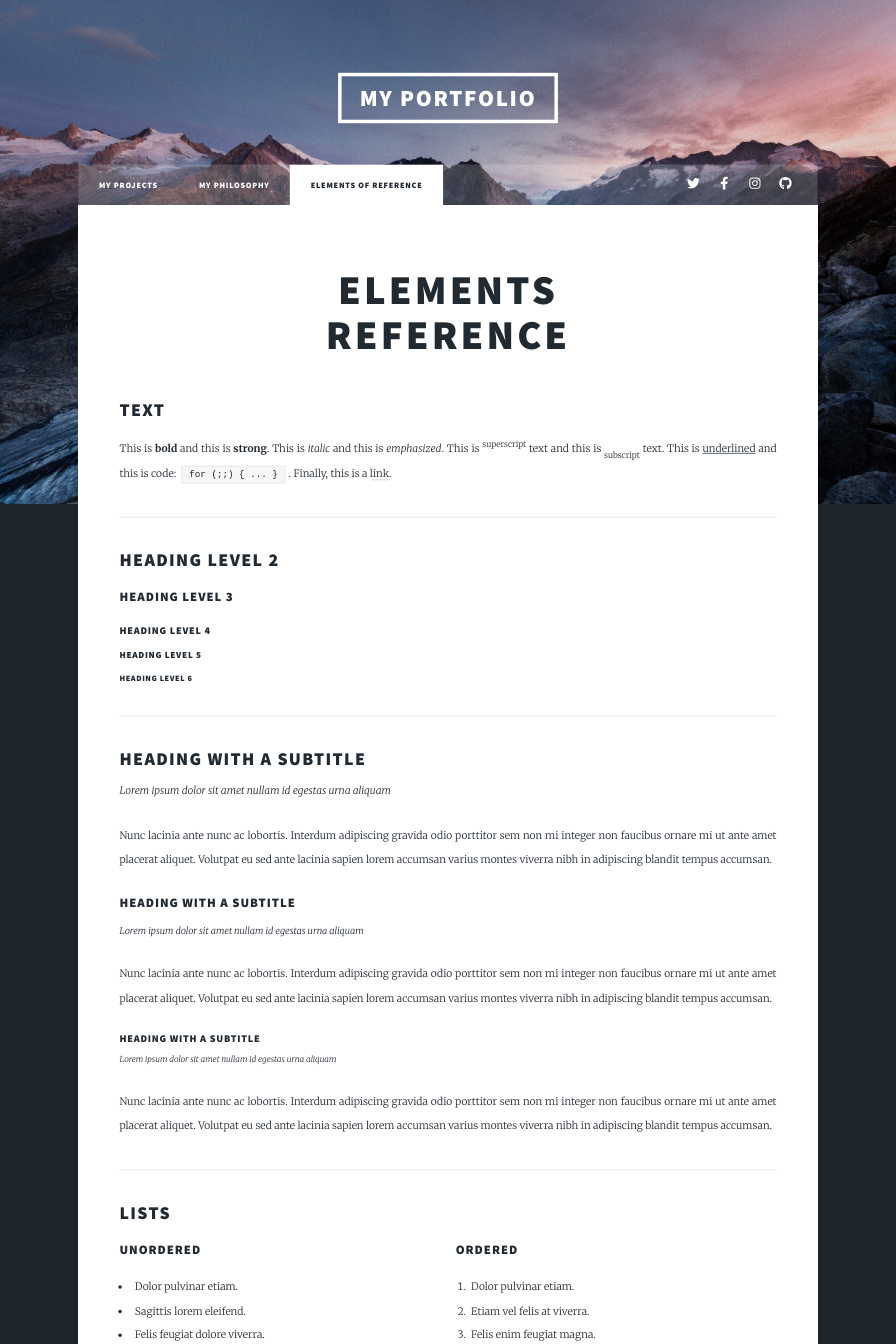
Repository: enlilsudo/Orlando-Portfolio
Page: elements.html
An editor plug-in stored every save of this project. The page is shown before and after the next save, followed by the edit.
The browser window is 1280 px wide. The pictures show the part of the page from y = 0 to 1920 px (the page is 9492 px tall), at 70% of full size.

Above is the page before, as saved 2023-02-02 11:17:15.

### elements.html
<!DOCTYPE HTML>
<!--
	Massively by HTML5 UP
	html5up.net | @ajlkn
	Free for personal and commercial use under the CCA 3.0 license (html5up.net/license)
-->
<html>
	<head>
		<title>Elements Reference - Massively by HTML5 UP</title>
		<meta charset="utf-8" />
		<meta name="viewport" content="width=device-width, initial-scale=1, user-scalable=no" />
		<link rel="stylesheet" href="assets/css/main.css" />
		<noscript><link rel="stylesheet" href="assets/css/noscript.css" /></noscript>
	</head>
	<body class="is-preload">

		<!-- Wrapper -->
			<div id="wrapper">

				<!-- Header -->
					<header id="header">
						<a href="index.html" class="logo">My Portfolio</a>
					</header>

				<!-- Nav -->
					<nav id="nav">
						<ul class="links">
							<li><a href="index.html">My Projects</a></li>
							<li><a href="generic.html">My Philosophy</a></li>
							<li class="active"><a href="elements.html">Elements of Reference</a></li>
						</ul>
						<ul class="icons">
							<li><a href="#" class="icon brands fa-twitter"><span class="label">Twitter</span></a></li>
							<li><a href="#" class="icon brands fa-facebook-f"><span class="label">Facebook</span></a></li>
							<li><a href="#" class="icon brands fa-instagram"><span class="label">Instagram</span></a></li>
							<li><a href="#" class="icon brands fa-github"><span class="label">GitHub</span></a></li>
						</ul>
					</nav>

				<!-- Main -->
					<div id="main">

						<!-- Post -->
							<section class="post">
								<header class="major">
									<h1>Elements<br />
									Reference</h1>
								</header>

								<!-- Text stuff -->
									<h2>Text</h2>
									<p>This is <b>bold</b> and this is <strong>strong</strong>. This is <i>italic</i> and this is <em>emphasized</em>.
									This is <sup>superscript</sup> text and this is <sub>subscript</sub> text.
									This is <u>underlined</u> and this is code: <code>for (;;) { ... }</code>.
									Finally, this is a <a href="#">link</a>.</p>
									<hr />
									<h2>Heading Level 2</h2>
									<h3>Heading Level 3</h3>
									<h4>Heading Level 4</h4>
									<h5>Heading Level 5</h5>
									<h6>Heading Level 6</h6>
									<hr />
									<header>
										<h2>Heading with a Subtitle</h2>
										<p>Lorem ipsum dolor sit amet nullam id egestas urna aliquam</p>
									</header>
									<p>Nunc lacinia ante nunc ac lobortis. Interdum adipiscing gravida odio porttitor sem non mi integer non faucibus ornare mi ut ante amet placerat aliquet. Volutpat eu sed ante lacinia sapien lorem accumsan varius montes viverra nibh in adipiscing blandit tempus accumsan.</p>
									<header>
										<h3>Heading with a Subtitle</h3>
										<p>Lorem ipsum dolor sit amet nullam id egestas urna aliquam</p>
									</header>
									<p>Nunc lacinia ante nunc ac lobortis. Interdum adipiscing gravida odio porttitor sem non mi integer non faucibus ornare mi ut ante amet placerat aliquet. Volutpat eu sed ante lacinia sapien lorem accumsan varius montes viverra nibh in adipiscing blandit tempus accumsan.</p>
									<header>
										<h4>Heading with a Subtitle</h4>
										<p>Lorem ipsum dolor sit amet nullam id egestas urna aliquam</p>
									</header>
									<p>Nunc lacinia ante nunc ac lobortis. Interdum adipiscing gravida odio porttitor sem non mi integer non faucibus ornare mi ut ante amet placerat aliquet. Volutpat eu sed ante lacinia sapien lorem accumsan varius montes viverra nibh in adipiscing blandit tempus accumsan.</p>

									<hr />

								<!-- Lists -->
									<h2>Lists</h2>
									<div class="row">
										<div class="col-6 col-12-small">

											<h3>Unordered</h3>
											<ul>
												<li>Dolor pulvinar etiam.</li>
												<li>Sagittis lorem eleifend.</li>
												<li>Felis feugiat dolore viverra.</li>
												<li>Dolor pulvinar etiam.</li>
											</ul>

											<h3>Alternate</h3>
											<ul class="alt">
												<li>Dolor pulvinar etiam etiam.</li>
												<li>Sagittis adipiscing eleifend.</li>
												<li>Felis enim dolore viverra.</li>
												<li>Dolor pulvinar etiam etiam.</li>
											</ul>

										</div>
										<div class="col-6 col-12-small">

											<h3>Ordered</h3>
											<ol>
												<li>Dolor pulvinar etiam.</li>
												<li>Etiam vel felis at viverra.</li>
												<li>Felis enim feugiat magna.</li>
												<li>Etiam vel felis nullam.</li>
												<li>Felis enim et tempus.</li>
											</ol>

											<h3>Icons</h3>
											<ul class="icons">
												<li><a href="#" class="icon brands fa-twitter"><span class="label">Twitter</span></a></li>
												<li><a href="#" class="icon brands fa-facebook-f"><span class="label">Facebook</span></a></li>
												<li><a href="#" class="icon brands fa-instagram"><span class="label">Instagram</span></a></li>
												<li><a href="#" class="icon brands fa-github"><span class="label">Github</span></a></li>
												<li><a href="#" class="icon brands fa-dribbble"><span class="label">Dribbble</span></a></li>
											</ul>
											<ul class="icons alt">
												<li><a href="#" class="icon brands alt fa-twitter"><span class="label">Twitter</span></a></li>
												<li><a href="#" class="icon brands alt fa-facebook-f"><span class="label">Facebook</span></a></li>
												<li><a href="#" class="icon brands alt fa-instagram"><span class="label">Instagram</span></a></li>
												<li><a href="#" class="icon brands alt fa-github"><span class="label">Github</span></a></li>
												<li><a href="#" class="icon brands alt fa-dribbble"><span class="label">Dribbble</span></a></li>
											</ul>

										</div>
									</div>
									<h3>Definition</h3>
									<dl>
										<dt>Item 1</dt>
										<dd>
											<p>Lorem ipsum dolor vestibulum ante ipsum primis in faucibus vestibulum. Blandit adipiscing eu felis iaculis volutpat ac adipiscing accumsan eu faucibus. Integer ac pellentesque praesent.</p>
										</dd>
										<dt>Item 2</dt>
										<dd>
											<p>Lorem ipsum dolor vestibulum ante ipsum primis in faucibus vestibulum. Blandit adipiscing eu felis iaculis volutpat ac adipiscing accumsan eu faucibus. Integer ac pellentesque praesent.</p>
										</dd>
										<dt>Item 3</dt>
										<dd>
											<p>Lorem ipsum dolor vestibulum ante ipsum primis in faucibus vestibulum. Blandit adipiscing eu felis iaculis volutpat ac adipiscing accumsan eu faucibus. Integer ac pellentesque praesent.</p>
										</dd>
									</dl>

									<h3>Actions</h3>
									<ul class="actions">
										<li><a href="#" class="button primary">Primary</a></li>
										<li><a href="#" class="button">Default</a></li>
									</ul>
									<ul class="actions small">
										<li><a href="#" class="button primary small">Small</a></li>
										<li><a href="#" class="button small">Small</a></li>
									</ul>
									<div class="row">
										<div class="col-6 col-12-small">
											<ul class="actions stacked">
												<li><a href="#" class="button primary">Default</a></li>
												<li><a href="#" class="button">Default</a></li>
											</ul>
										</div>
										<div class="col-6 col-12-small">
											<ul class="actions stacked">
												<li><a href="#" class="button primary small">Small</a></li>
												<li><a href="#" class="button small">Small</a></li>
											</ul>
										</div>
									</div>
									<div class="row">
										<div class="col-6 col-12-small">
											<ul class="actions stacked">
												<li><a href="#" class="button primary fit">Default</a></li>
												<li><a href="#" class="button fit">Default</a></li>
											</ul>
										</div>
										<div class="col-6 col-12-small">
											<ul class="actions stacked">
												<li><a href="#" class="button primary small fit">Small</a></li>
												<li><a href="#" class="button small fit">Small</a></li>
											</ul>
										</div>
									</div>

									<hr />

								<!-- Blockquote -->
									<h2>Blockquote</h2>
									<blockquote>Fringilla nisl. Donec accumsan interdum nisi, quis tincidunt felis sagittis eget tempus euismod. Vestibulum ante ipsum primis in faucibus vestibulum. Blandit adipiscing eu felis iaculis volutpat ac adipiscing accumsan faucibus. Vestibulum ante ipsum primis in faucibus vestibulum. Blandit adipiscing eu felis.</blockquote>

									<hr />

								<!-- Table -->
									<h2>Table</h2>

									<h3>Default</h3>
									<div class="table-wrapper">
										<table>
											<thead>
												<tr>
													<th>Name</th>
													<th>Description</th>
													<th>Price</th>
												</tr>
											</thead>
											<tbody>
												<tr>
													<td>Item 1</td>
													<td>Ante turpis integer aliquet porttitor.</td>
													<td>29.99</td>
												</tr>
												<tr>
													<td>Item 2</td>
													<td>Vis ac commodo adipiscing arcu aliquet.</td>
													<td>19.99</td>
												</tr>
												<tr>
													<td>Item 3</td>
													<td> Morbi faucibus arcu accumsan lorem.</td>
													<td>29.99</td>
												</tr>
												<tr>
													<td>Item 4</td>
													<td>Vitae integer tempus condimentum.</td>
													<td>19.99</td>
												</tr>
												<tr>
													<td>Item 5</td>
													<td>Ante turpis integer aliquet porttitor.</td>
													<td>29.99</td>
												</tr>
											</tbody>
											<tfoot>
												<tr>
													<td colspan="2"></td>
													<td>100.00</td>
												</tr>
											</tfoot>
										</table>
									</div>

									<h3>Alternate</h3>
									<div class="table-wrapper">
										<table class="alt">
											<thead>
												<tr>
													<th>Name</th>
													<th>Description</th>
													<th>Price</th>
												</tr>
											</thead>
											<tbody>
												<tr>
													<td>Item 1</td>
													<td>Ante turpis integer aliquet porttitor.</td>
													<td>29.99</td>
												</tr>
												<tr>
													<td>Item 2</td>
													<td>Vis ac commodo adipiscing arcu aliquet.</td>
													<td>19.99</td>
												</tr>
												<tr>
													<td>Item 3</td>
													<td> Morbi faucibus arcu accumsan lorem.</td>
													<td>29.99</td>
												</tr>
												<tr>
													<td>Item 4</td>
													<td>Vitae integer tempus condimentum.</td>
													<td>19.99</td>
												</tr>
												<tr>
													<td>Item 5</td>
													<td>Ante turpis integer aliquet porttitor.</td>
													<td>29.99</td>
												</tr>
											</tbody>
											<tfoot>
												<tr>
													<td colspan="2"></td>
													<td>100.00</td>
												</tr>
											</tfoot>
										</table>
									</div>

									<hr />

								<!-- Buttons -->
									<h2>Buttons</h2>
									<ul class="actions">
										<li><a href="#" class="button primary">Primary</a></li>
										<li><a href="#" class="button">Default</a></li>
									</ul>
									<ul class="actions">
										<li><a href="#" class="button primary large">Large</a></li>
										<li><a href="#" class="button">Default</a></li>
										<li><a href="#" class="button small">Small</a></li>
									</ul>
									<ul class="actions fit">
										<li><a href="#" class="button primary fit">Fit</a></li>
										<li><a href="#" class="button fit">Fit</a></li>
									</ul>
									<ul class="actions fit small">
										<li><a href="#" class="button primary fit small">Fit + Small</a></li>
										<li><a href="#" class="button fit small">Fit + Small</a></li>
									</ul>
									<ul class="actions">
										<li><a href="#" class="button primary icon solid fa-search">Icon</a></li>
										<li><a href="#" class="button icon solid fa-download">Icon</a></li>
									</ul>
									<ul class="actions">
										<li><span class="button primary disabled">Primary</span></li>
										<li><span class="button disabled">Default</span></li>
									</ul>

									<hr />

								<!-- Form -->
									<h2>Form</h2>

									<form method="post" action="#">
										<div class="row gtr-uniform">
											<div class="col-6 col-12-xsmall">
												<input type="text" name="demo-name" id="demo-name" value="" placeholder="Name" />
											</div>
											<div class="col-6 col-12-xsmall">
												<input type="email" name="demo-email" id="demo-email" value="" placeholder="Email" />
											</div>
											<!-- Break -->
											<div class="col-12">
												<select name="demo-category" id="demo-category">
													<option value="">- Category -</option>
													<option value="1">Manufacturing</option>
													<option value="1">Shipping</option>
													<option value="1">Administration</option>
													<option value="1">Human Resources</option>
												</select>
											</div>
											<!-- Break -->
											<div class="col-4 col-12-small">
												<input type="radio" id="demo-priority-low" name="demo-priority" checked>
												<label for="demo-priority-low">Low</label>
											</div>
											<div class="col-4 col-12-small">
												<input type="radio" id="demo-priority-normal" name="demo-priority">
												<label for="demo-priority-normal">Normal</label>
											</div>
											<div class="col-4 col-12-small">
												<input type="radio" id="demo-priority-high" name="demo-priority">
												<label for="demo-priority-high">High</label>
											</div>
											<!-- Break -->
											<div class="col-6 col-12-small">
												<input type="checkbox" id="demo-copy" name="demo-copy">
												<label for="demo-copy">Email me a copy</label>
											</div>
											<div class="col-6 col-12-small">
												<input type="checkbox" id="demo-human" name="demo-human" checked>
												<label for="demo-human">I am a human</label>
											</div>
											<!-- Break -->
											<div class="col-12">
												<textarea name="demo-message" id="demo-message" placeholder="Enter your message" rows="6"></textarea>
											</div>
											<!-- Break -->
											<div class="col-12">
												<ul class="actions">
													<li><input type="submit" value="Send Message" class="primary" /></li>
													<li><input type="reset" value="Reset" /></li>
												</ul>
											</div>
										</div>
									</form>

									<hr />

								<!-- Image -->
									<h2>Image</h2>

									<h3>Fit</h3>
									<span class="image fit"><img src="images/pic01.jpg" alt="" /></span>
									<div class="box alt">
										<div class="row gtr-50 gtr-uniform">
											<div class="col-4"><span class="image fit"><img src="images/pic02.jpg" alt="" /></span></div>
											<div class="col-4"><span class="image fit"><img src="images/pic03.jpg" alt="" /></span></div>
											<div class="col-4"><span class="image fit"><img src="images/pic04.jpg" alt="" /></span></div>
											<!-- Break -->
											<div class="col-4"><span class="image fit"><img src="images/pic04.jpg" alt="" /></span></div>
											<div class="col-4"><span class="image fit"><img src="images/pic02.jpg" alt="" /></span></div>
											<div class="col-4"><span class="image fit"><img src="images/pic03.jpg" alt="" /></span></div>
											<!-- Break -->
											<div class="col-4"><span class="image fit"><img src="images/pic03.jpg" alt="" /></span></div>
											<div class="col-4"><span class="image fit"><img src="images/pic04.jpg" alt="" /></span></div>
											<div class="col-4"><span class="image fit"><img src="images/pic02.jpg" alt="" /></span></div>
										</div>
									</div>

									<h3>Left &amp; Right</h3>
									<p><span class="image left"><img src="images/pic08.jpg" alt="" /></span>Lorem ipsum dolor sit accumsan interdum nisi, quis tincidunt felis sagittis eget. tempus euismod. Vestibulum ante ipsum primis in faucibus vestibulum. Blandit adipiscing eu felis iaculis volutpat ac adipiscing accumsan eu faucibus. Integer ac pellentesque praesent tincidunt felis sagittis eget. tempus euismod. Vestibulum ante ipsum primis sagittis eget. tempus euismod. Vestibulum ante ipsum primis in faucibus vestibulum. Blandit adipiscing eu felis iaculis volutpat ac adipiscing accumsan eu faucibus. Integer ac pellentesque praesent tincidunt felis sagittis eget. tempus euismod. Vestibulum ante ipsum primis in faucibus vestibulum. Blandit adipiscing eu felis iaculis volutpat ac adipiscing accumsan eu faucibus. Integer ac pellentesque praesent. Vestibulum ante ipsum primis in faucibus magna blandit adipiscing eu felis iaculis.</p>
									<p><span class="image right"><img src="images/pic09.jpg" alt="" /></span>Lorem ipsum dolor sit accumsan interdum nisi, quis tincidunt felis sagittis eget. tempus euismod. Vestibulum ante ipsum primis in faucibus vestibulum. Blandit adipiscing eu felis iaculis volutpat ac adipiscing accumsan eu faucibus. Integer ac pellentesque praesent tincidunt felis sagittis eget. tempus euismod. Vestibulum ante ipsum primis sagittis eget. tempus euismod. Vestibulum ante ipsum primis in faucibus vestibulum. Blandit adipiscing eu felis iaculis volutpat ac adipiscing accumsan eu faucibus. Integer ac pellentesque praesent tincidunt felis sagittis eget. tempus euismod. Vestibulum ante ipsum primis in faucibus vestibulum. Blandit adipiscing eu felis iaculis volutpat ac adipiscing accumsan eu faucibus. Integer ac pellentesque praesent. Vestibulum ante ipsum primis in faucibus magna blandit adipiscing eu felis iaculis.</p>

									<hr />

								<!-- Box -->
									<h2>Box</h2>
									<div class="box">
										<p>Felis sagittis eget tempus primis in faucibus vestibulum. Blandit adipiscing eu felis iaculis volutpat ac adipiscing accumsan eu faucibus. Integer ac pellentesque praesent tincidunt felis sagittis eget. tempus euismod. Magna sed etiam ante ipsum primis in faucibus vestibulum. Blandit adipiscing eu ipsum primis in faucibus vestibulum. Blandit adipiscing eu felis iaculis volutpat ac adipiscing accumsan eu faucibus lorem ipsum dolor sit amet nullam. Integer ac pellentesque praesent tincidunt felis sagittis eget. tempus euismod. Vestibulum ante ipsum primis sagittis eget. tempus euismod. Vestibulum ante ipsum primis in faucibus vestibulum. Blandit adipiscing eu felis iaculis volutpat ac adipiscing accumsan eu faucibus. Integer ac pellentesque praesent tincidunt felis sagittis eget. tempus euismod. Vestibulum ante ipsum primis in faucibus vestibulum. Blandit adipiscing eu felis iaculis volutpat ac adipiscing accumsan eu faucibus. Integer ac pellentesque praesent. Vestibulum ante ipsum primis in faucibus magna blandit adipiscing eu felis iaculis volutpat lorem ipsum dolor.</p>
									</div>

									<hr />

								<!-- Preformatted Code -->
									<h2>Preformatted</h2>
									<pre><code>i = 0;

while (!deck.isInOrder()) {
    print 'Iteration ' + i;
    deck.shuffle();
    i++;
}

print 'It took ' + i + ' iterations to sort the deck.';
</code></pre>

							</section>

					</div>

				<!-- Footer -->
					<footer id="footer">
						<section>
							<form method="post" action="#">
								<div class="fields">
									<div class="field">
										<label for="name">Name</label>
										<input type="text" name="name" id="name" />
									</div>
									<div class="field">
										<label for="email">Email</label>
										<input type="text" name="email" id="email" />
									</div>
									<div class="field">
										<label for="message">Message</label>
										<textarea name="message" id="message" rows="3"></textarea>
									</div>
								</div>
								<ul class="actions">
									<li><input type="submit" value="Send Message" /></li>
								</ul>
							</form>
						</section>
						<section class="split contact">
							<section class="alt">
								<h3>Address</h3>
								<p>1234 Somewhere Road #87257<br />
								Nashville, TN 00000-0000</p>
							</section>
							<section>
								<h3>Phone</h3>
								<p><a href="#">(000) 000-0000</a></p>
							</section>
							<section>
								<h3>Email</h3>
								<p><a href="#">info@untitled.tld</a></p>
							</section>
							<section>
								<h3>Social</h3>
								<ul class="icons alt">
									<li><a href="#" class="icon brands alt fa-twitter"><span class="label">Twitter</span></a></li>
									<li><a href="#" class="icon brands alt fa-facebook-f"><span class="label">Facebook</span></a></li>
									<li><a href="#" class="icon brands alt fa-instagram"><span class="label">Instagram</span></a></li>
									<li><a href="#" class="icon brands alt fa-github"><span class="label">GitHub</span></a></li>
								</ul>
							</section>
						</section>
					</footer>

				<!-- Copyright -->
					<div id="copyright">
						<ul><li>&copy; Untitled</li><li>Design: <a href="https://html5up.net">HTML5 UP</a></li></ul>
					</div>

			</div>

		<!-- Scripts -->
			<script src="assets/js/jquery.min.js"></script>
			<script src="assets/js/jquery.scrollex.min.js"></script>
			<script src="assets/js/jquery.scrolly.min.js"></script>
			<script src="assets/js/browser.min.js"></script>
			<script src="assets/js/breakpoints.min.js"></script>
			<script src="assets/js/util.js"></script>
			<script src="assets/js/main.js"></script>

	</body>
</html>

Loaded but not shown: assets/js/jquery.min.js (library); assets/js/jquery.scrollex.min.js (common file); assets/js/jquery.scrolly.min.js (common file); assets/js/browser.min.js (common file); assets/js/breakpoints.min.js (common file); assets/css/fontawesome-all.min.css (library); assets/js/util.js (587 lines, source omitted); assets/js/main.js (258 lines, source omitted); assets/css/main.css (4689 lines, source omitted)

After the next save:
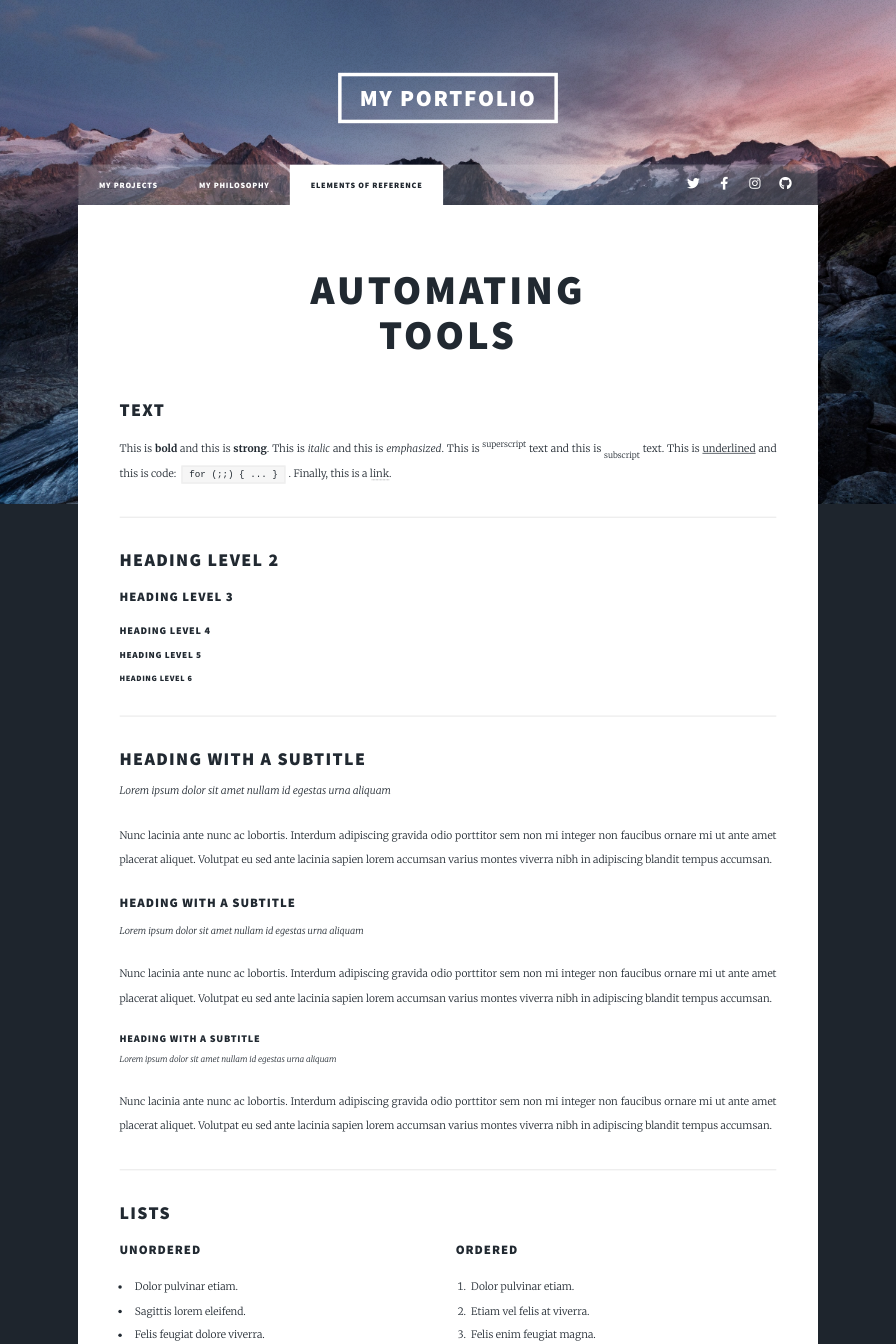
Saved 3 min 45 s later.
--- a/elements.html
+++ b/elements.html
@@ -43,8 +43,8 @@
 						<!-- Post -->
 							<section class="post">
 								<header class="major">
-									<h1>Elements<br />
-									Reference</h1>
+									<h1>Automating<br />
+									Tools</h1>
 								</header>
 
 								<!-- Text stuff -->
